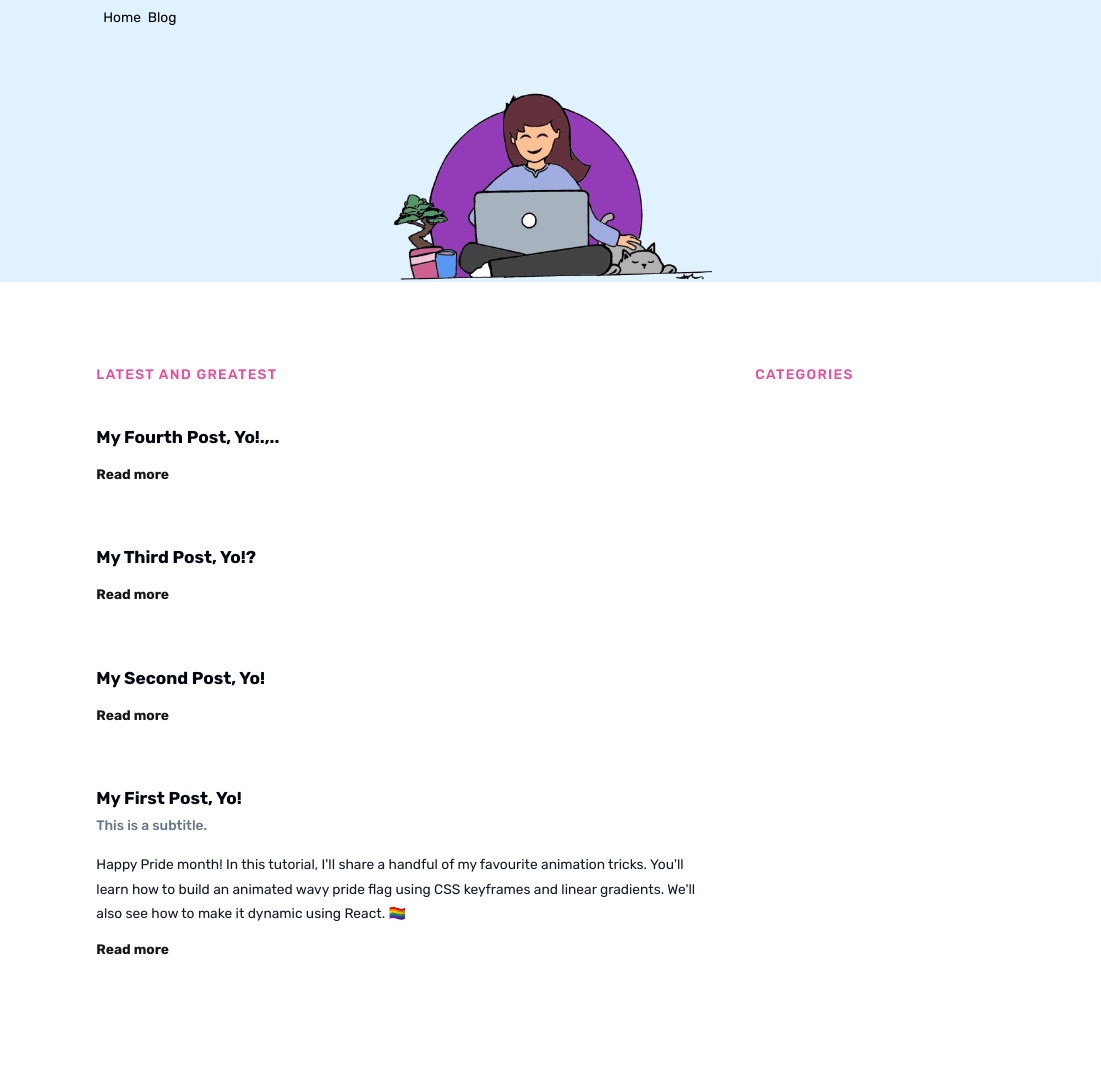
Repository: Risclover/markdown-blog
Page: /
An editor plug-in stored every save of this project. The page is shown before and after the next save, followed by the edit.
The browser window is 1280 px wide. The pictures show the whole page, at 86% of full size.
The project was rebuilt for these pictures with package versions that can differ from the ones it lists, and the page was loaded fresh each time. Also part of the build but not shown: src/ErrorPage.js, src/pages/PostPage/PostPage.js.

Above is the page before, as saved 2023-06-29 04:36:47.

### src/index.js
import React from "react";
import ReactDOM from "react-dom/client";
import { createBrowserRouter, RouterProvider } from "react-router-dom";
import "./fonts/wotfard-cufonfonts-webfont/style.css";
import postList from "./posts.json";

import "./index.css";
import App from "./App";
import ErrorPage from "./ErrorPage";
import PostPage from "./pages/PostPage/PostPage";
import Home from "./pages/Home/Home";

const router = createBrowserRouter([
  {
    path: "/",
    element: <App />,
    children: [
      {
        path: "/",
        element: <Home />,
        errorElement: <ErrorPage />,
      },
      {
        path: "/posts/:id",
        element: <PostPage postList={postList} />,
      },
    ],
  },
]);

const root = ReactDOM.createRoot(document.getElementById("root"));
root.render(
  <React.StrictMode>
    <RouterProvider router={router} />
  </React.StrictMode>
);

### src/fonts/wotfard-cufonfonts-webfont/style.css
/* #### Generated By: http://www.cufonfonts.com #### */

    @font-face {
    font-family: 'Wotfard Regular';
    font-style: normal;
    font-weight: normal;
    src: local('Wotfard Regular'), url('Wotfard-Regular.woff') format('woff');
    }

### src/posts.json
[{"id":4,"title":"My Third Post, Yo!?","subtitle":"No subtitle given","description":"No description given","author":"Dave Jones","date":"December 13, 2019","timestamp":1576224000,"content":"\nWelcome to My Blog. _It's a beautiful thing._ I hope you'll have as much fun reading my posts as I have writing them. Well, before we go any further, allow me to introduce myself. I'm Dave Jones. I'm 34, and from Montreal, Canada.\n"},{"id":3,"title":"My Second Post, Yo!","subtitle":"No subtitle given","description":"No description given","author":"Dave Jones","date":"December 11, 2019","timestamp":1576051200,"content":"\nWelcome to My Blog. _It's a beautiful thing._ I hope you'll have as much fun reading my posts as I have writing them. Well, before we go any further, allow me to introduce myself. I'm Dave Jones. I'm 34, and from Montreal, Canada.\n"},{"id":2,"title":"My Fourth Post, Yo!.,..","subtitle":"No subtitle given","description":"No description given","author":"Dave Jones","date":"December 16, 2019","timestamp":1576483200,"content":"\nWelcome to My Blog. _It's a beautiful thing._ I hope you'll have as much fun reading my posts as I have writing them. Well, before we go any further, allow me to introduce myself. I'm Dave Jones. I'm 34, and from Montreal, Canada.\n"},{"id":1,"title":"My First Post, Yo!","subtitle":"This is a subtitle.","description":"Happy Pride month! In this tutorial, I'll share a handful of my favourite animation tricks. You'll learn how to build an animated wavy pride flag using CSS keyframes and linear gradients. We'll also see how to make it dynamic using React. 🏳️‍🌈","author":"Dave Jones","date":"December 11, 2019","timestamp":1576051200,"content":"\nWelcome to My Blog. _It's a beautiful thing._ I hope you'll have as much fun reading my posts as I have writing them. Well, before we go any further, allow me to introduce myself. I'm Dave Jones. I'm 34, and from Montreal, Canada.\n"}]

### src/index.css
/* Importing the Rubik font from Google Fonts */

@import url("https://fonts.googleapis.com/css2?family=Rubik:ital,wght@0,300;0,400;0,500;0,600;0,700;0,800;0,900;1,300;1,400;1,500;1,600;1,700;1,800;1,900&display=swap");

### src/App.js
import "./App.css";
import { Outlet, Route, Routes } from "react-router-dom";
import Home from "./pages/Home/Home";
import NavBar from "./components/NavBar";
import Header from "./components/Header";
import HomeHeader from "./components/HomeHeader";
import postList from "./posts.json";

function App() {
  return (
    <div className="bg-white-100 min-h-screen">
      <Header>
        <NavBar />
        <HomeHeader />
      </Header>
      <div className="m-auto">
        <Outlet />
      </div>
    </div>
  );
}

export default App;

### src/pages/Home/Home.js
import React, { useEffect } from "react";
import postList from "../../posts.json";
import BlogPost from "../../components/BlogPost";
import { Link } from "react-router-dom";
import Categories from "./Categories";

export default function Home() {
  console.log(postList);

  postList.sort((a, b) => {
    let aPost = a.timestamp;
    let bPost = b.timestamp;

    return bPost - aPost;
  });

  return (
    <main className="container px-12 py-24 font-sans mx-auto max-w-6xl w-full flex">
      <section className="mr-16">
        <h2 className="uppercase text-base font-medium tracking-widest text-pink-500 mb-9">
          Latest and Greatest
        </h2>
        <div className="grid grid-cols-1 gap-1 grid-flow-row ">
          {postList.map((post) => (
            <Link to={`/posts/${post.id}`}>
              <BlogPost post={post} />
            </Link>
          ))}
        </div>
      </section>
      <Categories />
    </main>
  );
}

### src/components/NavBar.js
import React from "react";
import { Link } from "react-router-dom";

export default function NavBar() {
  return (
    <div className="py-2">
      <ul className="flex">
        <li className="mx-2">
          <Link to={"/"}>Home</Link>
        </li>
        <li>Blog</li>
      </ul>
    </div>
  );
}

### src/components/Header.js
import React from "react";

export default function Header({ children }) {
  return (
    <header className="w-full bg-sky-100 flex flex-col">
      <div className="max-w-6xl px-12 w-full mx-auto">{children}</div>
    </header>
  );
}

### src/components/HomeHeader.js
import React from "react";
import Avatar from "../images/avatar.png";
export default function HomeHeader() {
  return (
    <div className="h-72 flex flex-col justify-end">
      <div>
        <img className="w-96 m-auto" src={Avatar} />
      </div>
    </div>
  );
}

### src/components/BlogPost.js
import React from "react";
import { HiMiniArrowRight } from "react-icons/hi2";

export default function BlogPost({ post }) {
  return (
    <div
      key={post.id}
      className="container py-2 bg-white mb-12 group cursor-pointer"
    >
      <h3 className="text-xl font-bold leading-8 text-gray-950 group-hover:text-violet-600">
        {post.title}
      </h3>
      {post.subtitle !== "No subtitle given" && (
        <div className="text-slate-500 text-base leading-8 font-medium">
          {post.subtitle}
        </div>
      )}
      {post.description !== "No description given" && (
        <div className="mt-4 font-normal text-gray-900 text-base leading-7">
          {post.description}
        </div>
      )}
      <div className="mt-4 font-bold text-neutral-900 text-base flex items-center">
        <span className="mr-1">Read more</span>{" "}
        <span className="text-lg text-violet-600 hidden group-hover:block">
          <HiMiniArrowRight />
        </span>
      </div>
    </div>
  );
}

### src/pages/Home/Categories.js
import React from "react";

export default function Categories() {
  return (
    <section className="w-3/6">
      <h2 className="uppercase text-base font-medium tracking-widest text-pink-500 mb-9">
        Categories
      </h2>{" "}
    </section>
  );
}

### tailwind.config.js
/** @type {import('tailwindcss').Config} */
module.exports = {
  content: [
    "./app/**/*.{js,ts,jsx,tsx,mdx}",
    "./pages/**/*.{js,ts,jsx,tsx,mdx}",
    "./components/**/*.{js,ts,jsx,tsx,mdx}",

    // Or if using `src` directory:
    "./src/**/*.{js,ts,jsx,tsx,mdx}",
  ],
  theme: {
    fontFamily: {
      sans: ["Rubik", "sans-serif"],
    },
    extend: {},
  },
  plugins: [],
};

Loaded but not shown: public/index.html (common file); src/App.css (common file)

After the next save:
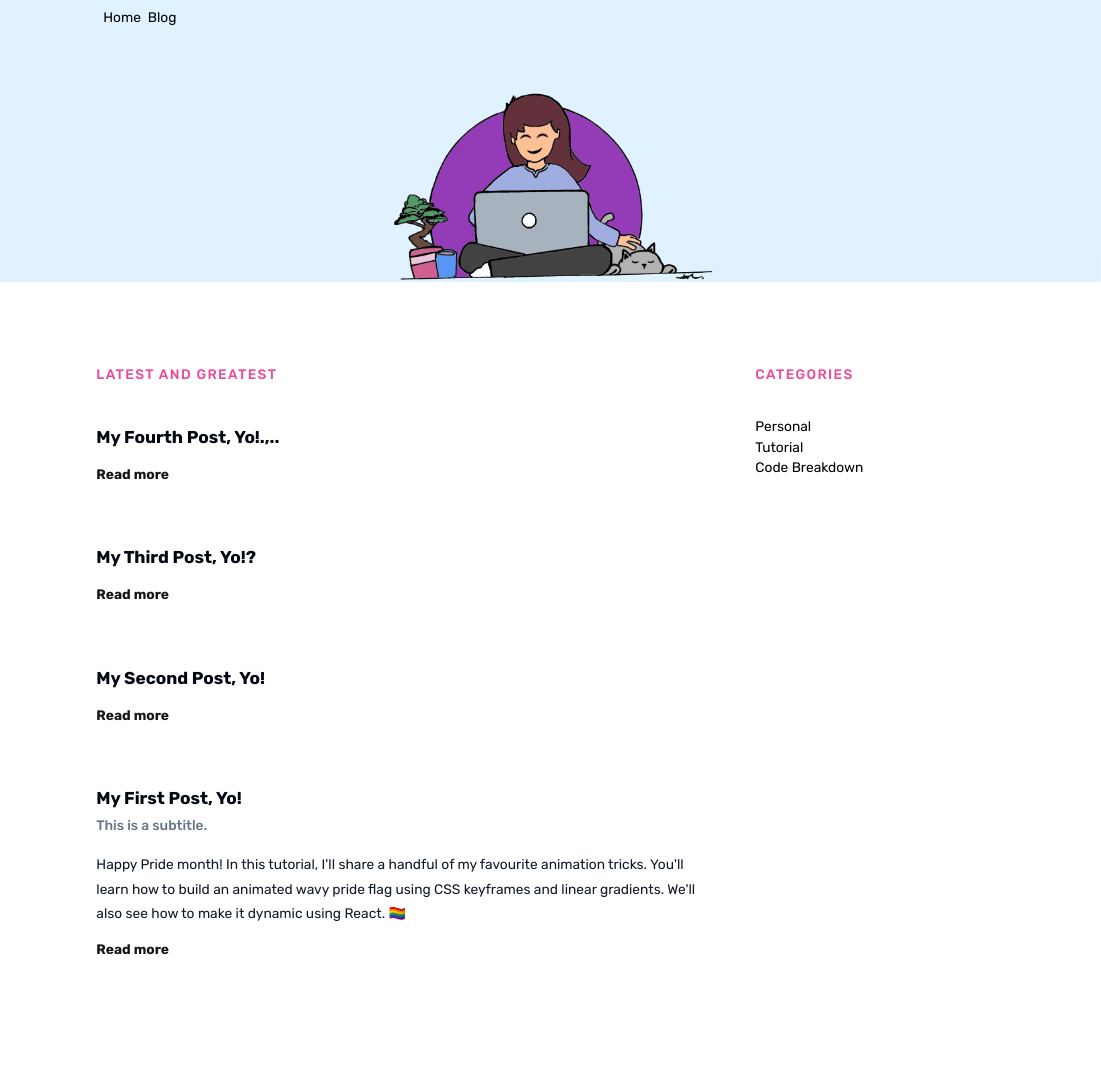
Saved 53 s later.
--- a/src/pages/Home/Categories.js
+++ b/src/pages/Home/Categories.js
@@ -6,6 +6,11 @@ export default function Categories() {
       <h2 className="uppercase text-base font-medium tracking-widest text-pink-500 mb-9">
         Categories
       </h2>{" "}
+      <ul>
+        <li>Personal</li>
+        <li>Tutorial</li>
+        <li>Code Breakdown</li>
+      </ul>
     </section>
   );
 }
